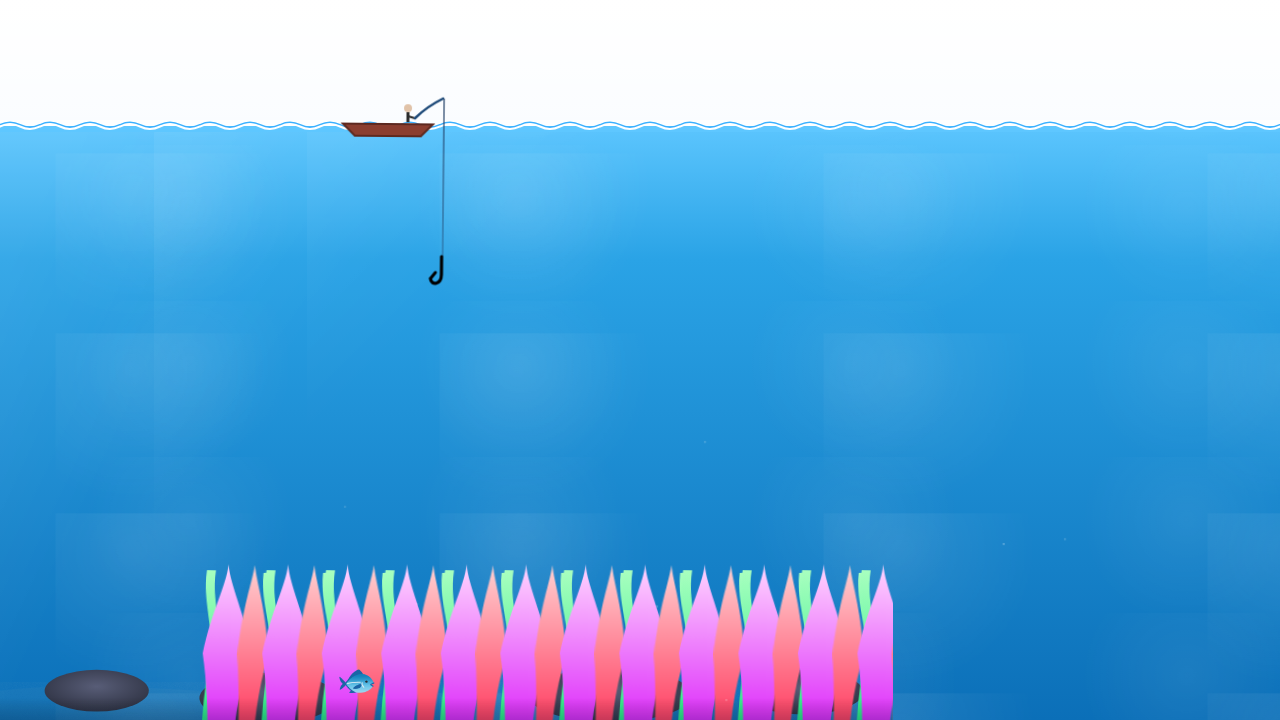
Repository: DeepFriedTurkey441/fd_game_project
Page: index.html
An editor plug-in stored every save of this project. The page is shown before and after the next save, followed by the edit.
The browser window is 1280 px wide. The pictures show the whole page.

Above is the page before, as saved 2025-09-23 09:17:37.

### index.html
<!DOCTYPE html>
<html lang="en">
<head>
  <meta charset="UTF-8">
  <title>Fish Dodge</title>
  <link rel="stylesheet" href="style.css">
</head>
<body>
  <div id="game">
    <div id="air" aria-hidden="true"></div>
    <div id="waterline" aria-hidden="true"></div>
    <!-- Decorative background layers (non-interactive) -->
    <div id="light-rays" aria-hidden="true"></div>
    <div id="caustics" aria-hidden="true"></div>
    <!-- Realistic aquarium background (SVG) built from reusable symbols -->
    <svg id="aquarium-bg" viewBox="0 0 1200 600" preserveAspectRatio="none" aria-hidden="true">
      <defs>
        <!-- gradients -->
        <linearGradient id="sandGrad" x1="0" y1="0" x2="0" y2="1">
          <stop offset="0%" stop-color="#f8ebc9"/>
          <stop offset="60%" stop-color="#e7d2a2"/>
          <stop offset="100%" stop-color="#c6a773"/>
        </linearGradient>
        <radialGradient id="rockGrad" cx="50%" cy="40%" r="60%">
          <stop offset="0%" stop-color="#585d77"/>
          <stop offset="100%" stop-color="#303445"/>
        </radialGradient>
        <linearGradient id="leafGreen" x1="0" y1="1" x2="0" y2="0">
          <stop offset="0%" stop-color="#008c3b"/>
          <stop offset="55%" stop-color="#00e676"/>
          <stop offset="100%" stop-color="#a8ffbf"/>
        </linearGradient>
        <linearGradient id="leafRed" x1="0" y1="1" x2="0" y2="0">
          <stop offset="0%" stop-color="#b00020"/>
          <stop offset="55%" stop-color="#ff1744"/>
          <stop offset="100%" stop-color="#ffd1d1"/>
        </linearGradient>
        <linearGradient id="leafPurple" x1="0" y1="1" x2="0" y2="0">
          <stop offset="0%" stop-color="#5a00d1"/>
          <stop offset="55%" stop-color="#d500f9"/>
          <stop offset="100%" stop-color="#ffd6ff"/>
        </linearGradient>
        <!-- subtle sand grain -->
        <filter id="grain" x="-10%" y="-10%" width="120%" height="120%">
          <feTurbulence type="fractalNoise" baseFrequency="0.9" numOctaves="2" result="noise"/>
          <feColorMatrix type="saturate" values="0" in="noise" result="gn"/>
          <feBlend in="SourceGraphic" in2="gn" mode="multiply"/>
          <feComponentTransfer>
            <feFuncA type="linear" slope="0.06"/>
          </feComponentTransfer>
        </filter>
        <!-- plant blade symbol (curved) -->
        <symbol id="plantBlade" viewBox="0 0 20 200">
          <path d="M10 200 C 14 130, 4 90, 12 40 C 14 26, 8 14, 10 0" fill="none" stroke="url(#leafGreen)" stroke-width="4" stroke-linecap="round"/>
        </symbol>
        <!-- broad leaf symbol -->
        <symbol id="leafBroad" viewBox="0 0 30 200">
          <path d="M15 200 C 28 130, 8 90, 26 40 C 22 20, 16 10, 15 0 C 14 10, 8 20, 4 40 C 12 90, -2 130, 15 200 Z" fill="url(#leafPurple)"/>
        </symbol>
        <!-- red leaf symbol -->
        <symbol id="leafRedSym" viewBox="0 0 26 200">
          <path d="M13 200 C 22 120, 6 90, 20 40 C 18 18, 14 8, 13 0 C 12 8, 8 18, 6 40 C 10 90, 2 120, 13 200 Z" fill="url(#leafRed)"/>
        </symbol>
      </defs>
      <!-- sand with gentle curvature and grain -->
      <path d="M0 560 C 180 540, 360 580, 560 565 C 780 548, 980 590, 1200 570 L 1200 600 L 0 600 Z" fill="url(#sandGrad)" filter="url(#grain)"/>
      <!-- rocks with gradient and shadow -->
      <g>
        <ellipse cx="130" cy="560" rx="70" ry="28" fill="url(#rockGrad)"/>
        <ellipse cx="360" cy="570" rx="92" ry="34" fill="url(#rockGrad)"/>
        <ellipse cx="820" cy="566" rx="110" ry="36" fill="url(#rockGrad)"/>
        <ellipse cx="1080" cy="562" rx="80" ry="30" fill="url(#rockGrad)"/>
      </g>
      <!-- dynamic plant clusters populated by script -->
      <g id="plants" transform="translate(0,0)"></g>
      <!-- bottom vignette (soft fade, no hard cutoff) -->
      <linearGradient id="bottomFog" x1="0" y1="0" x2="0" y2="1">
        <stop offset="0%" stop-color="rgba(0,0,0,0)"/>
        <stop offset="100%" stop-color="rgba(0,25,50,0.22)"/>
      </linearGradient>
      <rect x="0" y="570" width="1200" height="30" fill="url(#bottomFog)"/>
    </svg>
    <div class="boat" aria-label="small fishing boat" title="Fishing boat" style="left: 26vw;">
      <svg viewBox="0 0 120 60" xmlns="http://www.w3.org/2000/svg" aria-hidden="true">
        <!-- hull -->
        <path d="M10 40 L100 40 L88 52 L22 52 Z" fill="#8b3e2f" stroke="#5e291f" stroke-width="2"/>
        <!-- fisherman (simple) -->
        <circle cx="75" cy="24" r="4" fill="#e0c2a8"/>
        <path id="arm" d="M75 28 L75 38" stroke="#2b2b2b" stroke-width="3"/>
        <path id="rod" d="M75 32 L82 34" stroke="#2b2b2b" stroke-width="2"/>
        <!-- fishing rod (angled out over water) -->
        <path d="M82 34 Q 94 22 110 14" stroke="#1f4b7a" stroke-width="2.5" fill="none" stroke-linecap="round"/>
      </svg>
      <div class="line" aria-hidden="true"></div>
      <svg class="hook" aria-hidden="true" viewBox="0 0 24 36">
        <!-- J‑shaped hook: black stroke, no fill -->
        <path d="M16 2 V20 C16 30 6 32 5 24" fill="none" stroke="#000" stroke-width="3.2" stroke-linecap="round"/>
        <!-- Barb -->
        <path d="M6 23 L10 18" fill="none" stroke="#000" stroke-width="3" stroke-linecap="round"/>
      </svg>
    </div>
    <div id="fish" aria-label="fish"><span class="sprite" aria-hidden="true">🐟</span></div>
    <!-- Soft ambient bubbles -->
    <div id="bubbles" aria-hidden="true"></div>
  </div>
  <script src="script.js"></script>
</body>
</html>

### style.css
/* Basic starter styling */
body {
    margin: 0;
    font-family: sans-serif;
    background-color: #0a3454;
    color: #fff;
  }

#game {
    position: relative;
    width: 100vw;
    height: 100vh;
    overflow: hidden;
    background: linear-gradient(#f9fbff 0%, #eaf3ff 16.66%, #5ec7ff 16.66%, #2aa3e6 36%, #0b6fb8 100%);
  }

/* Air overlay (top 1/6) to ensure a whitish sky */
#air {
    position: absolute;
    left: 0; right: 0;
    top: 0;
    /* Extend slightly past the waterline so crests have white behind them */
    height: calc(100vh / 6 + 12px);
    background: linear-gradient(to bottom, rgba(255,255,255,0.98), rgba(255,255,255,0.75));
    z-index: 1;
    pointer-events: none;
  }

/* Waterline at 1/6 of the viewport height from the top */
#waterline {
    position: absolute;
    left: 0; right: 0;
    top: calc(100vh / 6);
    height: 12px;
    z-index: 2;
    pointer-events: none;
    /* Squiggly wave on top of a 2-color band: white above, light blue below */
    background:
      url("data:[embedded picture, 376 characters]") repeat-x center,
      linear-gradient(to bottom, rgba(255,255,255,0.98) 0%, rgba(255,255,255,0.98) 50%, rgba(94,199,255,1) 50%, rgba(94,199,255,1) 100%);
    background-size: 80px 12px, 100% 100%;
  }

/* Boat at surface */
  .boat {
    position: absolute;
    top: calc(100vh / 6 - 34px); /* float a bit higher above ripple */
    width: 120px; height: 60px;
    transform-origin: 50% 50%;
    animation: bob 3.2s ease-in-out infinite;
    z-index: 6; /* above reefs; fish swims under */
    pointer-events: none;
  }
  .boat svg { width: 100%; height: 100%; display: block; }
  /* (reverted) */

/* Realistic aquarium background container */
#aquarium-bg { position:absolute; left:0; right:0; bottom:0; height: 62vh; z-index:1; pointer-events:none; }
/* Plant sway animations */
.sway { animation: sway 6s ease-in-out infinite; transform-origin: 50% 100%; }
.sway.slow { animation-duration: 8.5s; }
.sway.fast { animation-duration: 4.5s; }
@keyframes sway {
  0% { transform: rotate(0deg); }
  25% { transform: rotate(2.2deg); }
  50% { transform: rotate(-2.8deg); }
  75% { transform: rotate(1.6deg); }
  100% { transform: rotate(0deg); }
}

/* God-rays */
#light-rays { position: absolute; left:0; right:0; top: calc(100vh/6); bottom:0; pointer-events:none; z-index:1;
  background:
    linear-gradient(115deg, rgba(255,255,255,0.12) 10%, rgba(255,255,255,0.0) 35%) 0 0/40% 100% no-repeat,
    linear-gradient(125deg, rgba(255,255,255,0.10) 8%, rgba(255,255,255,0.0) 32%) 20% 0/40% 100% no-repeat,
    linear-gradient(135deg, rgba(255,255,255,0.08) 6%, rgba(255,255,255,0.0) 28%) 40% 0/40% 100% no-repeat;
  mix-blend-mode: screen;
  opacity: 0.5;
}

/* Caustic shimmer */
#caustics { position:absolute; left:0; right:0; top: calc(100vh/6); bottom:0; pointer-events:none; z-index:1;
  background: radial-gradient(circle at 20% 20%, rgba(255,255,255,0.08) 0%, rgba(255,255,255,0) 40%) 0 0/30% 30% repeat,
              radial-gradient(circle at 70% 40%, rgba(255,255,255,0.06) 0%, rgba(255,255,255,0) 42%) 0 0/26% 26% repeat;
  animation: causticDrift 18s linear infinite;
}
@keyframes causticDrift {
  0% { background-position: 0 0, 0 0; }
  100% { background-position: 200px 120px, -160px 90px; }
}

/* Seafloor gradient to deepen bottom */
#seafloor { position:absolute; left:0; right:0; bottom:0; height: 16vh; pointer-events:none; z-index:1;
  background: linear-gradient(to bottom, rgba(0,0,0,0) 0%, rgba(0,0,0,0.25) 100%);
}
  .boat .line {
    position: absolute;
    left: 110px; /* exact rod tip in SVG coords */
    top: 14px;
    width: 2px;
    height: calc(100vh - (100vh / 6)); /* down to bottom */
    background: linear-gradient(to bottom, rgba(30,60,100,0.6), rgba(30,60,100,0.3));
    transform-origin: top;
    z-index: 4; /* between reefs and fish */
  }
  .boat .hook {
    position: absolute;
    left: 100px; /* adjusted for SVG viewBox */
    top: 14px;
    width: 24px; height: 36px;
    z-index: 5;
    display: block;
  }
  .boat .hook path { vector-effect: non-scaling-stroke; }

@keyframes bob {
  0%   { transform: translateY(0) rotate(-0.6deg); }
  50%  { transform: translateY(-2px) rotate(0.6deg); }
  100% { transform: translateY(0) rotate(-0.6deg); }
}

#fish {
    position: absolute;
    left: 24px;
    top: 50vh;
    transform: translateY(-50%);
    font-size: 32px;
    line-height: 1;
    user-select: none;
    z-index: 5;
  }
/* Ambient bubbles */
#bubbles { position:absolute; left:0; right:0; top: calc(100vh/6); bottom:0; pointer-events:none; z-index:2; }
#bubbles::before, #bubbles::after { content:""; position:absolute; left:10%; bottom:6vh; width:2px; height:2px; background:transparent;
  box-shadow:  0 0 0 0 rgba(255,255,255,0.7),
               40vw 10vh 0 0 rgba(255,255,255,0.6),
               20vw 30vh 0 0 rgba(255,255,255,0.5),
               65vw 22vh 0 0 rgba(255,255,255,0.6),
               80vw 12vh 0 0 rgba(255,255,255,0.5),
               15vw 18vh 0 0 rgba(255,255,255,0.5);
  animation: bubbleUp 8s linear infinite;
}
#bubbles::after { left:35%; animation-duration: 12s; opacity:0.8; }
@keyframes bubbleUp {
  0% { transform: translateY(0) scale(1); opacity: 0.0; }
  10% { opacity: 0.6; }
  100% { transform: translateY(-70vh) scale(1.2); opacity: 0; }
}
  #fish .sprite { display: inline-block; font-size: 32px; width: 1em; height: 1em; }
  /* Emoji orientation mappings */
  /* Most platforms render 🐟 facing left by default (head on left). */
  #fish .face-left { transform: scaleX(1); }
  #fish .face-right { transform: scaleX(-1); }

### script.js
// Fish movement prototype: slow downward drift, space = up/forward, 3 speeds (←/→)
(function () {
  const fish = document.getElementById('fish');
  const sprite = fish ? fish.querySelector('.sprite') : null;
  const boat = document.querySelector('.boat');
  const lineEl = boat ? boat.querySelector('.line') : null;
  const hookEl = boat ? boat.querySelector('.hook') : null;
  const plantsGroup = document.querySelector('#aquarium-bg #plants');
  // (reverted) no rod group rotation
  const armPath = boat ? boat.querySelector('#arm') : null;
  const rodPath = boat ? boat.querySelector('#rod') : null;
  if (!fish) return;

  // Ensure fish faces right
  // using CSS flip on child span; no need to set text here

  const BASE_SPEEDS = [1, 3, 6];
  let speedIndex = 0;
  let dir = 1; // 1 = left→right, -1 = right→left
  let speed = BASE_SPEEDS[speedIndex]; // signed pixels/frame after scaling

  let x = 24;
  let y = window.innerHeight * 0.5;
  let vy = 0;
  let spacePressed = false;
  let paused = false;
  function getFishHalfHeight() {
    try {
      const rect = (sprite || fish).getBoundingClientRect();
      return Math.max(8, (rect.height || 32) / 2);
    } catch (_) {
      return 16; // fallback for early frames
    }
  }

  // Tunables
  function scale() { return Math.max(0.8, Math.min(2.0, window.innerWidth / 1200)); }
  function gravity() { return 0.12 * scale(); } // slow drift downward
  function maxFall() { return 3.0 * scale(); }
  function maxRise() { return -4.0 * scale(); }

  function wrapX(nx) {
    const w = window.innerWidth;
    if (nx > w) return nx - w;
    if (nx < 0) return nx + w;
    return nx;
  }

  function updateSpeed() {
    speed = dir * (BASE_SPEEDS[speedIndex] * scale());
    // Update facing based on direction
    if (sprite) {
      if (dir === 1) {
        sprite.classList.remove('face-left');
        sprite.classList.add('face-right');
      } else {
        sprite.classList.remove('face-right');
        sprite.classList.add('face-left');
      }
    }
  }

  function loop() {
    if (paused) { requestAnimationFrame(loop); return; }
    // Horizontal progress
    x = wrapX(x + speed);

    // Vertical physics
    if (spacePressed) {
      vy = Math.max(maxRise(), vy - 0.45 * scale());
    } else {
      vy = Math.min(maxFall(), vy + gravity());
    }
    // Compute waterline as top at 1/6 viewport height
    const waterlineY = window.innerHeight / 6;
    // Keep the fish's center at least one pixel below the waterline + half its height
    const halfH = getFishHalfHeight();
    const topClamp = Math.max(0, waterlineY + halfH + 1);
    const bottomClamp = window.innerHeight - 40;
    y = Math.max(topClamp, Math.min(bottomClamp, y + vy));

    // Render
    fish.style.left = x + 'px';
    fish.style.top = y + 'px';

    // Simple jig animation for hook: hold near bottom, then hop upward irregularly
    animateHook();

    requestAnimationFrame(loop);
  }

  // --- Populate plant clusters to fill width ---
  function createUse(href, attrs) {
    const el = document.createElementNS('http://www.w3.org/2000/svg', 'use');
    // Prefer modern href; some engines still look for xlink:href
    el.setAttribute('href', href);
    try { el.setAttributeNS('http://www.w3.org/1999/xlink', 'href', href); } catch (_) {}
    for (const [k, v] of Object.entries(attrs)) el.setAttribute(k, String(v));
    return el;
  }
  function addCluster(x) {
    const g = document.createElementNS('http://www.w3.org/2000/svg', 'g');
    g.setAttribute('transform', `translate(${x},0)`);
    g.appendChild(createUse('#plantBlade', { x: 0, y: 398, class: 'sway' }));
    g.appendChild(createUse('#leafBroad', { x: 24, y: 390, class: 'sway fast' }));
    g.appendChild(createUse('#leafRedSym', { x: 58, y: 390, class: 'sway' }));
    g.appendChild(createUse('#plantBlade', { x: 86, y: 404, class: 'sway slow' }));
    plantsGroup.appendChild(g);
  }
  function layoutPlants() {
    if (!plantsGroup) return;
    while (plantsGroup.firstChild) plantsGroup.removeChild(plantsGroup.firstChild);
    // Densify tiling and extend past edges to avoid any clipping
    const viewWidth = 1200; // SVG viewBox width
    const clusterW = 80;    // denser spacing
    const start = -4 * clusterW; // extend further off-left
    const end = viewWidth + 4 * clusterW; // extend further off-right
    for (let x = start; x <= end; x += clusterW) addCluster(x);
  }

  // --- Fishing line + hook motion ---
  let hookState = { phase: 'drop', targetY: 0, lastChange: 0 };
  // (reverted) no cast state
  const FEATURES = {
    casting: (new URL(location.href).searchParams.get('cast') === '1') ||
             (localStorage.getItem('fd_casting') === '1')
  };
  document.addEventListener('keydown', e => {
    if (e.key === 'C') {
      FEATURES.casting = !FEATURES.casting;
      localStorage.setItem('fd_casting', FEATURES.casting ? '1' : '0');
      location.reload();
    }
  });

  // Dynamic grouping for casting when flag is ON
  let rodGroup = null;
  if (boat && FEATURES.casting && armPath && rodPath) {
    try {
      const svg = boat.querySelector('svg');
      rodGroup = document.createElementNS('http://www.w3.org/2000/svg', 'g');
      rodGroup.setAttribute('id', 'rodGroup');
      rodGroup.appendChild(armPath);
      rodGroup.appendChild(rodPath);
      svg.insertBefore(rodGroup, svg.firstChild.nextSibling);
      rodGroup.style.transformOrigin = '75px 32px';
    } catch (_) { rodGroup = null; }
  }
  function animateHook() {
    if (!lineEl || !hookEl) return;
    const now = performance.now();
    const waterTop = window.innerHeight / 6;
    const bottom = window.innerHeight - 4;
    // Anchor positions at rod tip in page coords
    const boatRect = boat.getBoundingClientRect();
    const rodTip = { x: boatRect.left + 110, y: boatRect.top + 14 };
    // Hook SVG geometry (viewBox 0 0 24 36): eye at roughly (16, 2)
    const HOOK_EYE_X = 16; // px within SVG
    const HOOK_EYE_Y = 2;  // px within SVG
    if (hookState.phase === 'drop') {
      // Ensure line spans to bottom and hook sits near bottom
      lineEl.style.height = (bottom - rodTip.y) + 'px';
      // Position hook so its eye aligns with the line X and starts at bottom
      hookEl.style.left = (rodTip.x - boatRect.left - HOOK_EYE_X) + 'px';
      hookEl.style.top = (rodTip.y - boatRect.top + (bottom - rodTip.y) - (HOOK_EYE_Y + 2)) + 'px';
      hookState.phase = 'jig';
      hookState.lastChange = now;
      hookState.targetY = bottom - 30;
      // Trigger a one-time cast animation when flag is ON
      if (FEATURES.casting) startCast(now);
      return;
    }
    // Jigging: random small upward hops, then fall back
    const hookRect = hookEl.getBoundingClientRect();
    const hookY = hookRect.top + hookRect.height / 2;
    if (now - hookState.lastChange > 600 + Math.random() * 600) {
      hookState.targetY = Math.max(waterTop + 60, hookY - (30 + Math.random() * 60));
      hookState.lastChange = now;
    }
    // Move toward targetY smoothly
    const dy = (hookState.targetY - hookY) * 0.14;
    const newTop = hookY + dy;
    const maxTop = bottom - 12;
    const clampedTop = Math.min(maxTop, Math.max(waterTop + 40, newTop));
    // Position hook (absolute within boat) using page→boat coordinates
    const newHookTop = clampedTop - hookRect.height / 2;
    // Keep hook horizontally anchored so the eye stays on the line
    hookEl.style.left = (rodTip.x - boatRect.left - HOOK_EYE_X) + 'px';
    hookEl.style.top = (newHookTop - boatRect.top) + 'px';

    // Reel-in effect: simply shorten the line element height to the hook
    const hookEyePageY = (newHookTop + HOOK_EYE_Y); // page Y for hook eye
    const visibleHeight = Math.max(0, hookEyePageY - rodTip.y);
    lineEl.style.height = visibleHeight + 'px';

    if (FEATURES.casting) stepCast(now);
  }
  // --- Casting (guarded by feature flag) ---
  let hasCastOnce = false;
  let castPhase = 'idle';
  let castStartAt = 0;
  function getBoatSectionIndex() {
    const sections = 10;
    const boatRect = boat.getBoundingClientRect();
    const centerX = boatRect.left + boatRect.width / 2;
    const w = window.innerWidth;
    return Math.min(sections - 1, Math.max(0, Math.floor((centerX / w) * sections)));
  }
  function startCast(now) {
    if (hasCastOnce || !rodGroup) return;
    const section = getBoatSectionIndex();
    if (section >= 8) return;
    hasCastOnce = true;
    castPhase = 'windup';
    castStartAt = now;
  }
  function stepCast(now) {
    if (castPhase === 'idle' || !rodGroup) return;
    const t = now - castStartAt;
    if (castPhase === 'windup') {
      const dur = 380, k = Math.min(1, t / dur);
      const angle = -35 * (1 - Math.pow(1 - k, 3));
      rodGroup.style.transform = `rotate(${angle}deg)`;
      if (k >= 1) { castPhase = 'forward'; castStartAt = now; }
    } else if (castPhase === 'forward') {
      const dur = 240, k = Math.min(1, t / dur);
      const angle = (-35) + 50 * (1 - Math.pow(1 - k, 3));
      rodGroup.style.transform = `rotate(${angle}deg)`;
      const section = getBoatSectionIndex();
      const w = window.innerWidth, sectionW = w / 10;
      const targetX = Math.min((section + 2 + 0.5) * sectionW, w - 20);
      const boatRect = boat.getBoundingClientRect();
      const curr = hookEl.getBoundingClientRect();
      const nx = (curr.left + (targetX - curr.left) * (1 - Math.pow(1 - k, 3))) - boatRect.left - 16;
      hookEl.style.left = `${nx}px`;
      if (k >= 1) { castPhase = 'settle'; castStartAt = now; }
    } else if (castPhase === 'settle') {
      const dur = 280, k = Math.min(1, t / dur);
      const angle = 15 - 15 * (1 - Math.pow(1 - k, 3));
      rodGroup.style.transform = `rotate(${angle}deg)`;
      if (k >= 1) { castPhase = 'idle'; rodGroup.style.transform = 'rotate(0deg)'; }
    }
  }

  document.addEventListener('keydown', (e) => {
    switch (e.key) {
      case ' ': // surge
        if (!spacePressed) {
          spacePressed = true;
          vy = Math.max(maxRise(), vy - 2.2 * scale());
          fish.style.transform = 'translateY(-50%) scale(1.04) rotate(-3deg)';
        }
        break;
      case 'p':
        paused = !paused;
        break;
      case 'ArrowRight':
        if (dir === 1) {
          // Already moving right: speed up until max
          speedIndex = Math.min(BASE_SPEEDS.length - 1, speedIndex + 1);
        } else {
          // Moving left: step down speed; if already at slowest, flip to right slow
          if (speedIndex > 0) {
            speedIndex -= 1;
          } else {
            dir = 1; // flip direction
            speedIndex = 0; // start at slowest in new direction
          }
        }
        updateSpeed();
        break;
      case 'ArrowLeft':
        if (dir === -1) {
          // Already moving left: speed up until max
          speedIndex = Math.min(BASE_SPEEDS.length - 1, speedIndex + 1);
        } else {
          // Moving right: step down speed; if already at slowest, flip to left slow
          if (speedIndex > 0) {
            speedIndex -= 1;
          } else {
            dir = -1; // flip direction
            speedIndex = 0; // start at slowest in new direction
          }
        }
        updateSpeed();
        break;
    }
  });
  document.addEventListener('keyup', (e) => {
    if (e.key === ' ') {
      spacePressed = false;
      fish.style.transform = 'translateY(-50%)';
    }
  });

  window.addEventListener('resize', () => {
    x = Math.min(x, window.innerWidth - 40);
    // Re-apply clamp relative to new waterline and fish size
    const waterlineY = window.innerHeight / 6;
    const halfH = getFishHalfHeight();
    const topClamp = Math.max(0, waterlineY + halfH + 1);
    const bottomClamp = window.innerHeight - 40;
    y = Math.max(topClamp, Math.min(bottomClamp, y));
    updateSpeed();
    // Recompute line length on resize
    if (lineEl && boat) {
      const bottom = window.innerHeight - 4;
      const boatRect = boat.getBoundingClientRect();
      const rodTipY = boatRect.top + 14;
      lineEl.style.height = (bottom - rodTipY) + 'px';
    }
    // Relayout plants in case SVG scales differently across sizes
    layoutPlants();
  });

  // Init
  updateSpeed();
  layoutPlants();
  // Ensure initial facing matches starting direction (right)
  if (sprite) { sprite.classList.add('face-right'); }
  loop();
})();

After the next save:
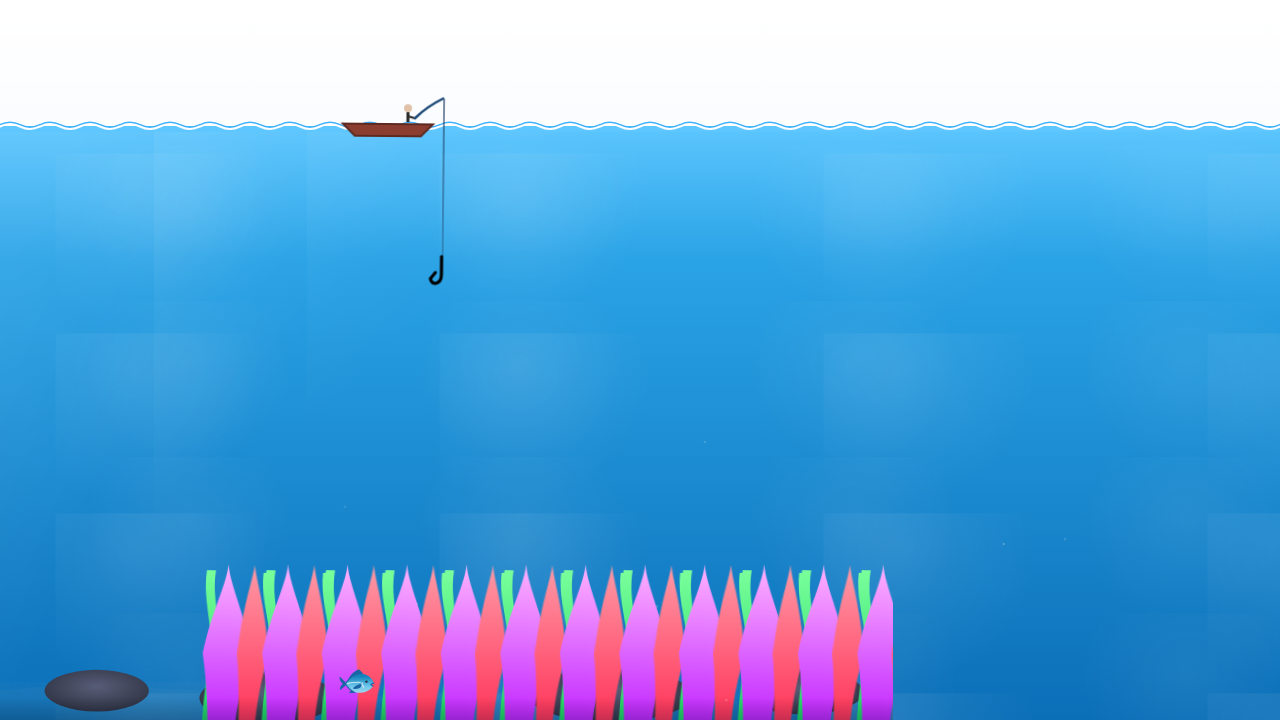
Saved 2 min 37 s later.
--- a/index.html
+++ b/index.html
@@ -26,19 +26,19 @@
           <stop offset="100%" stop-color="#303445"/>
         </radialGradient>
         <linearGradient id="leafGreen" x1="0" y1="1" x2="0" y2="0">
-          <stop offset="0%" stop-color="#008c3b"/>
-          <stop offset="55%" stop-color="#00e676"/>
-          <stop offset="100%" stop-color="#a8ffbf"/>
+          <stop offset="0%" stop-color="#006a2e"/>
+          <stop offset="55%" stop-color="#00c853"/>
+          <stop offset="100%" stop-color="#79ff9b"/>
         </linearGradient>
         <linearGradient id="leafRed" x1="0" y1="1" x2="0" y2="0">
-          <stop offset="0%" stop-color="#b00020"/>
+          <stop offset="0%" stop-color="#8b0018"/>
           <stop offset="55%" stop-color="#ff1744"/>
-          <stop offset="100%" stop-color="#ffd1d1"/>
+          <stop offset="100%" stop-color="#ff9aa6"/>
         </linearGradient>
         <linearGradient id="leafPurple" x1="0" y1="1" x2="0" y2="0">
-          <stop offset="0%" stop-color="#5a00d1"/>
-          <stop offset="55%" stop-color="#d500f9"/>
-          <stop offset="100%" stop-color="#ffd6ff"/>
+          <stop offset="0%" stop-color="#3b0090"/>
+          <stop offset="55%" stop-color="#b000ff"/>
+          <stop offset="100%" stop-color="#ffb3ff"/>
         </linearGradient>
         <!-- subtle sand grain -->
         <filter id="grain" x="-10%" y="-10%" width="120%" height="120%">
